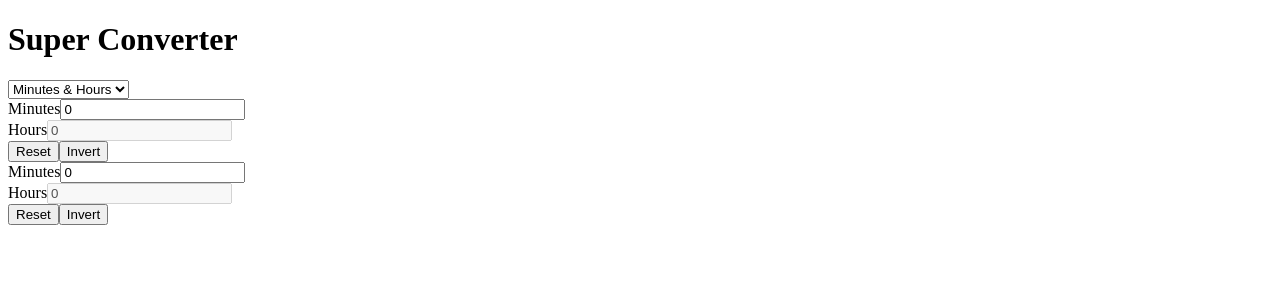
Repository: Leeminsu67/react-principle-study
Page: converter.html
The author's editor kept a copy of each file at every save. The page is drawn from the files as they stood at one save, then again after the next save.
The browser window is 1280 px wide. The pictures show the whole page.

Above is the page before, as saved 2024-08-01 17:28:37.

### converter.html
<!DOCTYPE html>
<html lang="ko">
  <body>
    <div id="root"></div>
  </body>
  <script src="https://unpkg.com/react@17.0.2/umd/react.production.min.js"></script>
  <script src="https://unpkg.com/react-dom@17.0.2/umd/react-dom.production.min.js"></script>
  <script src="https://unpkg.com/@babel/standalone/babel.min.js"></script>
  <script type="text/babel">
    const MinutesToHours = () => {
      const [amount, setAmount] = React.useState(0);
      const [inverted, setInverted] = React.useState(false);
      const onChange = (event) => {
        // console.log(event.target.value);
        setAmount(event.target.value);
      };
      const reset = () => setAmount(0);
      // filp function
      // const onFlip = () => setInverted(!inverted);
      const onInvert = () => {
        reset();
        setInverted((current) => !current);
      };
      return (
        <div>
          <div>
            <label htmlFor="minutes">Minutes</label>
            <input
              value={inverted ? amount * 60 : amount}
              id="minutes"
              type="number"
              placeholder="Minutes"
              onChange={onChange}
              disabled={inverted}
            />
          </div>
          <div>
            <label htmlFor="hours">Hours</label>
            <input
              value={inverted ? amount : Math.round(amount / 60)}
              id="hours"
              type="number"
              placeholder="Hours"
              // minutes와 반대가 되기 위해서 조건문을 부여
              disabled={!inverted}
              onChange={onChange}
            />
          </div>
          <button onClick={reset}>Reset</button>
          <button onClick={onInvert}>
            {inverted ? "Turn back" : "Invert"}
          </button>
        </div>
      );
    };
    const KmToMiles = () => {
      return <h3>KM 2 M</h3>;
    };
    const App = () => {
      const [index, setIndex] = React.useState("0");
      const onSelect = (e) => {
        setIndex(e.target.value);
      };
      return (
        <div>
          <h1>Super Converter</h1>
          <select onChange={onSelect}>
            <option value="0">Minutes & Hours</option>
            <option value="1">Km & Miles</option>
          </select>
          {index === "0" ? <MinutesToHours /> : <KmToMiles />}
          {index === "0" ? <MinutesToHours /> : null}
          {index === "1" ? <KmToMiles /> : null}
        </div>
      );
    };

    const root = document.getElementById("root");
    ReactDOM.render(<App />, root);
  </script>
</html>

After the next save:
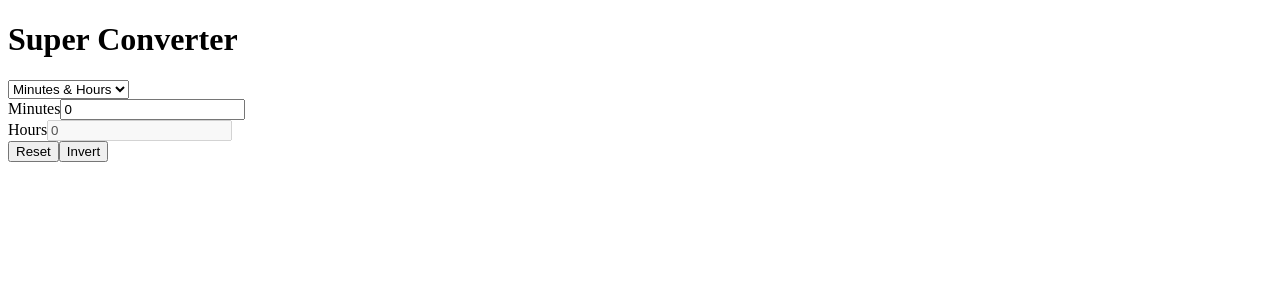
Saved 4 s later.
--- a/converter.html
+++ b/converter.html
@@ -68,7 +68,6 @@
             <option value="0">Minutes & Hours</option>
             <option value="1">Km & Miles</option>
           </select>
-          {index === "0" ? <MinutesToHours /> : <KmToMiles />}
           {index === "0" ? <MinutesToHours /> : null}
           {index === "1" ? <KmToMiles /> : null}
         </div>
